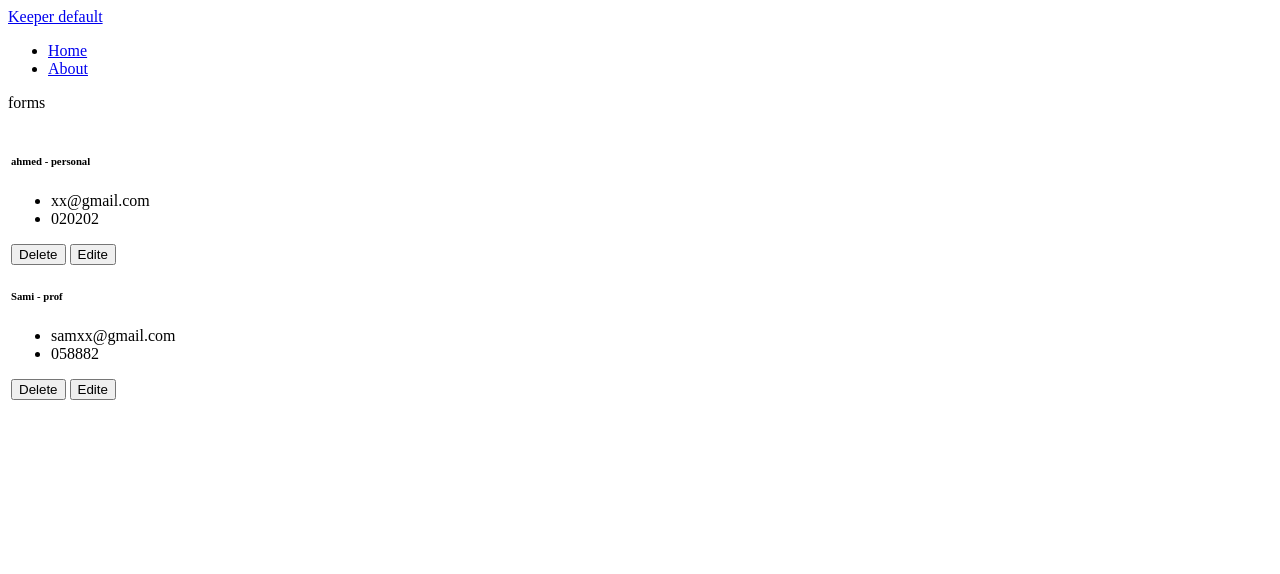
Repository: 3bdulrahman/contact-keeper
Page: / (app in client/)
The author's editor kept a copy of each file at every save. The page is drawn from the files as they stood at one save, then again after the next save.
The browser window is 1280 px wide. The pictures show the whole page.
The project was rebuilt for these pictures with package versions that can differ from the ones it lists, and the page was loaded fresh each time. A package was used in the major version that the imports need, not the one package.json lists. Also part of the build but not shown: client/src/components/pages/About.js, client/src/App.css.

Above is the page before, as saved 2020-04-04 21:27:19.

### client/src/App.js
import React,{Fragment} from 'react';
import { BrowserRouter as Router , Route , Switch } from 'react-router-dom'
import Navbar from './components/layout/Navbar'
import Home from './components/pages/Home'
import About from './components/pages/About'
import ContactState  from './context/contact/ContactState'
import './App.css'
const  App = ()=> {
   return (
    <ContactState>
    <Router>
    <Fragment>
         <Navbar   />
         <div className='container'>
             <Switch>
               <Route exact path='/' component={Home} />
               <Route exact path='/about' component={About} />
             </Switch>
         </div>
    </Fragment>
    </Router>
    </ContactState>
  );
}

export default App;

### client/src/components/layout/Navbar.js
import React from 'react'
import {Link} from 'react-router-dom'
import PropTypes from 'prop-types'

 const Navbar = ({title}) => {
    return (
      <nav class="navbar navbar-expand-sm bg-dark navbar-dark">

      <a class="navbar-brand" href="#">{title}</a>


      <ul class="navbar-nav">
        <li class="nav-item">
        <Link class="nav-link" to="/"><i className='fa fa-home'></i> Home</Link>
        </li>
        <li class="nav-item">
          <Link class="nav-link" to="/about">About</Link>
        </li>

      </ul>
    </nav>
    )
}

Navbar.propTypes= {
     title:PropTypes.string.isRequired
}
Navbar.defaultProps = {
     title:'Keeper default '
}

export default Navbar

### client/src/components/pages/Home.js
import React from 'react'
import Contacts from '../contacts/contacts'
 const Home = () => {
    return (
        <div className="row">
            <div className="col-md-6 col-lg-6">forms</div>
             <div className="col-md-6 col-lg-6">
                 <br />
                 <Contacts /></div>
        </div>
    )
}

export default Home

### client/src/context/contact/ContactState.js
import React,{useReducer} from 'react'
import uuid from 'uuid'
import contactContext from './ContactContext'
import { UPDATE_CONTACT,CLEAR_CURRENT,DELETE_CONTACT,SET_CURRENT,ADD_CONTACT,SET_ALERT,REMOVE_ALERT,
    FILTER_CONTACTS,CLEAR_FILTER} from '../type'
import contactReducer from '../contact/ContactReducer'
const ContactState = props=>{
       const contactInit = {
             contacts:[
                   {id:1,name:"ahmed",email:"xx@gmail.com",phone:"020202",type:"personal"},
                   {id:2,name:"Sami",email:"samxx@gmail.com",phone:"058882",type:"prof"}
             ]
       };
       const [state,dispatch] = useReducer(contactReducer,contactInit)
       //add contact
       return(
            <contactContext.Provider value={{
                contacts:state.contacts
            }}>
                {props.children}
            </contactContext.Provider>
       )
}

export default ContactState

### client/src/components/contacts/contacts.js
import React,{useContext,Fragment} from 'react'
import ContactContext from '../../context/contact/ContactContext'
import ContactsItem from './contactsItem'
 const Contacts = () => {
    const contextContact = useContext(ContactContext)
    const {contacts} = contextContact
    return (
        <Fragment>
            {contacts.map(contact=> <ContactsItem key={contact.id} contact={contact} />)}
        </Fragment>
    )
}
export default Contacts

### client/src/context/contact/ContactContext.js
import {createContext} from 'react'
const contactContext = createContext()
export default contactContext

### client/src/context/type.js
export const ADD_CONTACT="ADD_CONTACT"
export const DELETE_CONTACT="DELETE_CONTACT"
export const UPDATE_CONTACT="UPDATE_CONTACT"
export const FILTER_CONTACTS="FILTER_CONTACTS"
export const CLEAR_FILTER="CLEAR_FILTER"
export const SET_CURRENT="SET_CURRENT"
export const CLEAR_CURRENT="CLEAR_CURRENT"
export const SET_ALERT="SET_ALERT"
export const REMOVE_ALERT="REMOVE_ALERT"

### client/src/context/contact/ContactReducer.js
import { UPDATE_CONTACT,CLEAR_CURRENT,DELETE_CONTACT,SET_CURRENT,ADD_CONTACT,SET_ALERT,REMOVE_ALERT,
    FILTER_CONTACTS,CLEAR_FILTER} from '../type'

export default (state,action)=>{
      switch(action.type){
           default:
               return state
      }
}

### client/src/components/contacts/contactsItem.js
import React from 'react'

 const ContactsItem = ({contact}) => {
    const {id,name,email,phone,type} = contact
    return (
        <div className="card" style={{margin:'3px'}}>

              <div className="card-body">
              <div className="card-title">
              <h6 className="text-info"><i className="fa fa-user"></i> {name} - <span className={'badge ' + (type==='personal'?'badge-primary':'badge-danger')}>{type}</span></h6>
              </div>

              <div className="card-text">
                  <ul className="list-inline">
                      <li><i class="fas fa-fire"></i> {email&& <span className="label label-primary">{email}</span>}</li>
                      <li><i class="fas fa-phone"></i> {phone&& <span className="label label-warning">{' '+phone}</span>}</li>
                  </ul>
              </div>
              <div className="card-link"><button className="btn btn-danger btn-sm">Delete</button>{' '}
              <button className="btn btn-primary btn-sm">Edite</button>
               </div>

              </div>
        </div>
    )
}
export default ContactsItem

Loaded but not shown: client/src/index.js (common file)

After the next save:
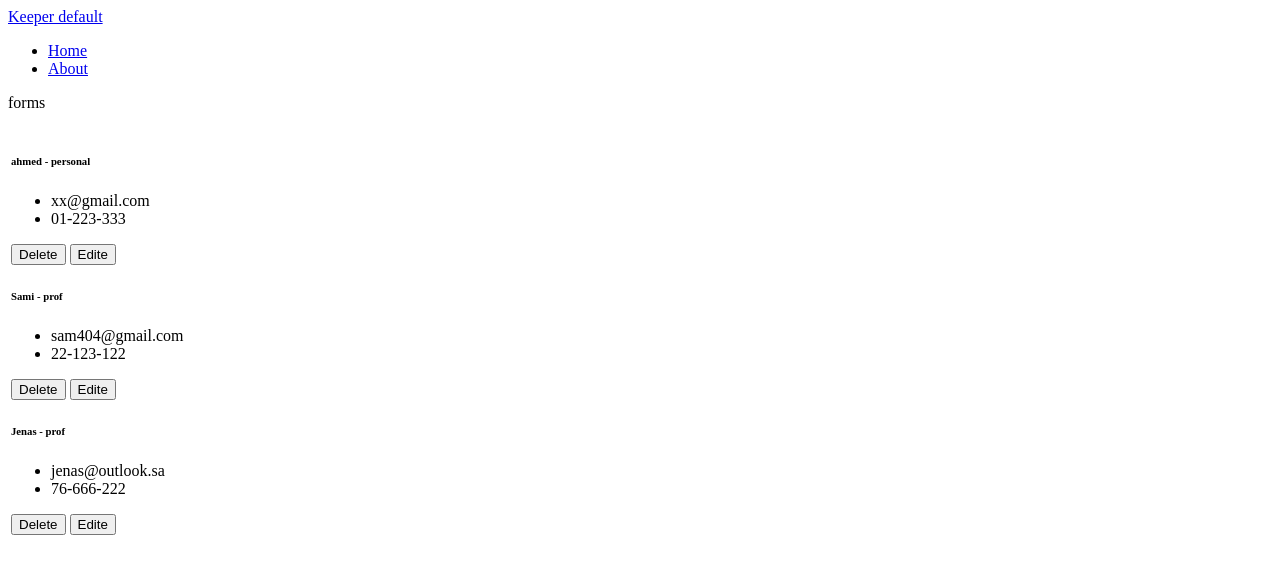
Saved 2 min 10 s later.
--- a/client/src/context/contact/ContactState.js
+++ b/client/src/context/contact/ContactState.js
@@ -7,8 +7,9 @@ import contactReducer from '../contact/ContactReducer'
 const ContactState = props=>{
        const contactInit = {
              contacts:[
-                   {id:1,name:"ahmed",email:"xx@gmail.com",phone:"020202",type:"personal"},
-                   {id:2,name:"Sami",email:"samxx@gmail.com",phone:"058882",type:"prof"}
+                   {id:1,name:"ahmed",email:"xx@gmail.com",phone:"01-223-333",type:"personal"},
+                   {id:2,name:"Sami",email:"sam404@gmail.com",phone:"22-123-122",type:"prof"},
+                   {id:3,name:"Jenas",email:"jenas@outlook.sa",phone:"76-666-222",type:"prof"}
              ]
        };
        const [state,dispatch] = useReducer(contactReducer,contactInit)
